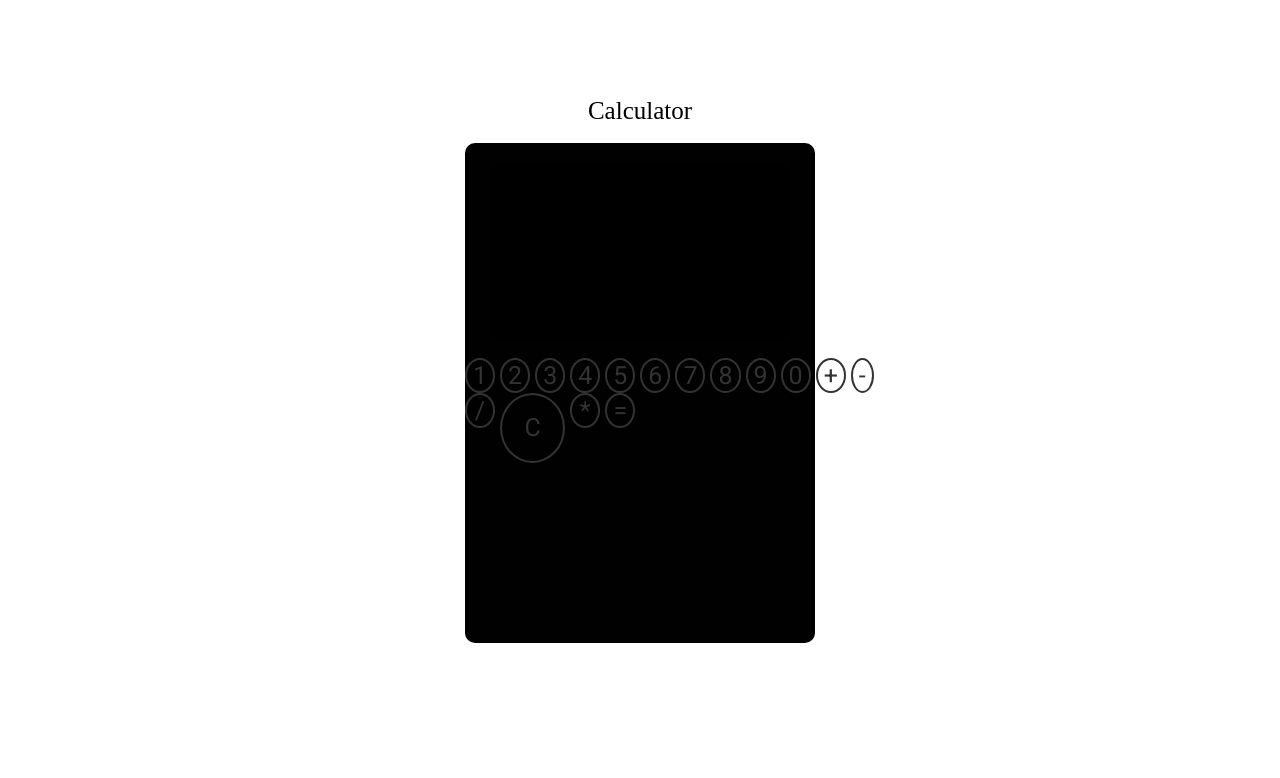
Repository: Gibon9/SimpleCalc
Page: index.html
An editor plug-in stored every save of this project. The page is shown before and after the next save, followed by the edit.
The browser window is 1280 px wide. The pictures show the whole page.
Some web fonts or font styles are not loaded; a fallback is used.

Above is the page before, as saved 2020-11-27 18:52:15.

### index.html
<!DOCTYPE html>
<html lang="en">
  <head>
    <meta charset="UTF-8" />
    <meta name="viewport" content="width=device-width, initial-scale=1.0" />
    <link rel="stylesheet" href="style/reset.css" />
    <link rel="stylesheet" href="style/style.css" />
    <title>Calculator</title>
  </head>

  <body>
    <main class="main">
      <h1 class="title">Calculator</h1>
      <section class="clac">
        <div class="calc-display" id="display"></div>
        <section class="keyboard" id="keyboard">
          <button class="calc-button c-btn" id="clear">C</button>
          <button class="calc-button" id="btn1">1</button>
          <button class="calc-button" id="btn2">2</button>
          <button class="calc-button" id="btn3">3</button>
          <button class="calc-button" id="btn4">4</button>
          <button class="calc-button" id="btn5">5</button>
          <button class="calc-button" id="btn6">6</button>
          <button class="calc-button" id="btn7">7</button>
          <button class="calc-button" id="btn8">8</button>
          <button class="calc-button" id="btn9">9</button>
          <button class="calc-button" id="btn0">0</button>
          <button class="calc-button" id="plus">+</button>
          <button class="calc-button" id="minus">-</button>
          <button class="calc-button" id="divide">/</button>
          <button class="calc-button" id="multiply">*</button>
          <button class="calc-button" id="equal">=</button>
        </section>
      </section>
    </main>
    <script src="./index.js"></script>
  </body>
</html>

### style/style.css
@import url("https://fonts.googleapis.com/css2?family=Roboto&family=Saira+Stencil+One&display=swap");

:root {
  --background-color: #010101;
  --display-color: black;
  --primary-btn-color: ##a5a5a5;
  --secondary-color: #333333;
  --secondary-btn-color: #fd9624;
  --text-color: #e7e7e7;
}

.calc-display,
.title {
  font-family: "Saira Stencil One", cursive;
}

.calc-button {
  font-family: "Roboto", sans-serif;
}

.main {
  display: flex;
  flex-direction: column;
  justify-content: center;
  align-items: center;
  width: 100vw;
  height: 100vh;
}

.title {
  font-size: 25px;
  margin: 20px 0;
}

.clac {
  width: 350px;
  height: 500px;
  background-color: var(--background-color);
  border-radius: 10px;
}

.calc-display {
  margin: 20px auto;
  width: 300px;
  height: 35%;
  background-color: var(--display-color);
  color: var(--primary-color);
  border-radius: 10px;
  font-size: 40px;
}

.keyboard {
  display: grid;
  grid-template-columns: repeat(12, 1fr);
  grid-template-rows: repeat(12, 1fr);
  column-gap: 5px;
}

.calc-button {
  font-size: 25px;
  color: var(--secondary-color);
  background-color: transparent;
  border: 2px solid var(--secondary-color);
  border-radius: 50%;
}

.c-btn {
  grid-column: 2/4;
  grid-row: 2/4;
}

Loaded but not shown: style/reset.css (common file); index.js (no copy from this time; the picture is the same without it)

After the next save:
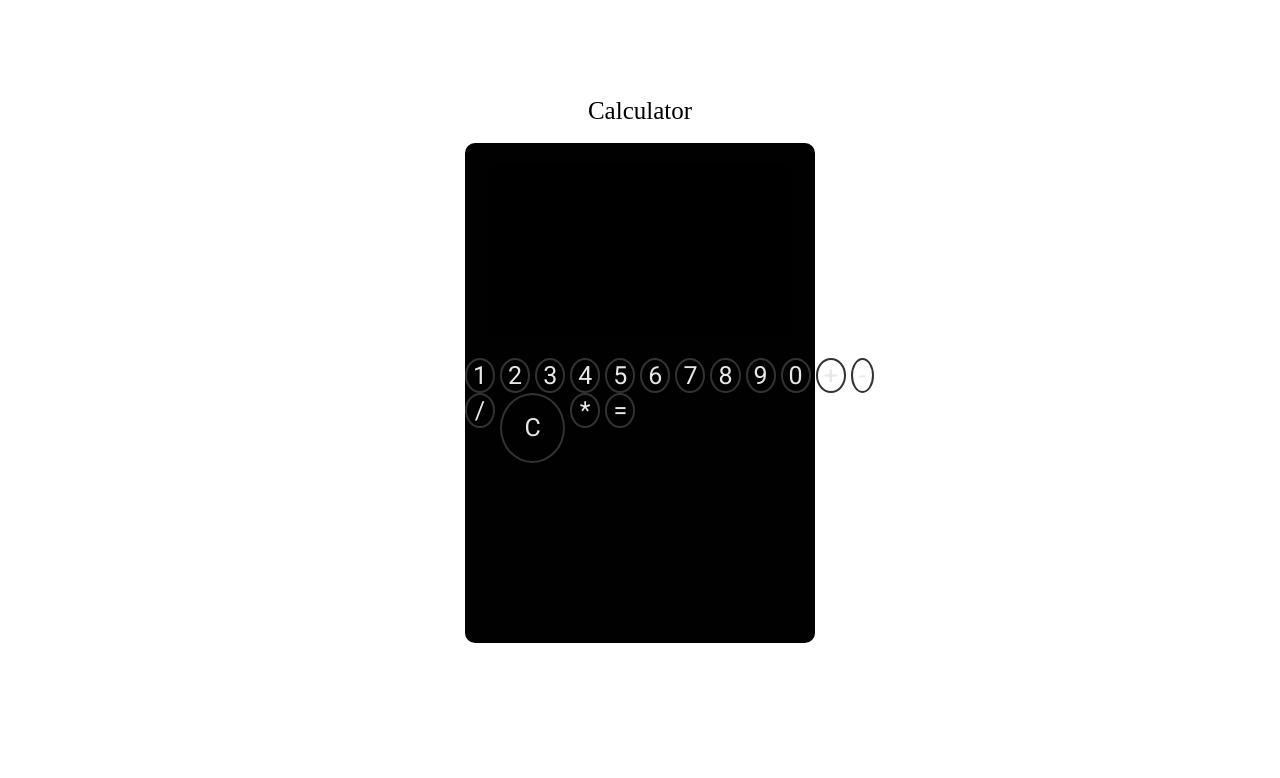
Saved 19 s later.
--- a/style/style.css
+++ b/style/style.css
@@ -58,7 +58,7 @@
 
 .calc-button {
   font-size: 25px;
-  color: var(--secondary-color);
+  color: var(--text-color);
   background-color: transparent;
   border: 2px solid var(--secondary-color);
   border-radius: 50%;
